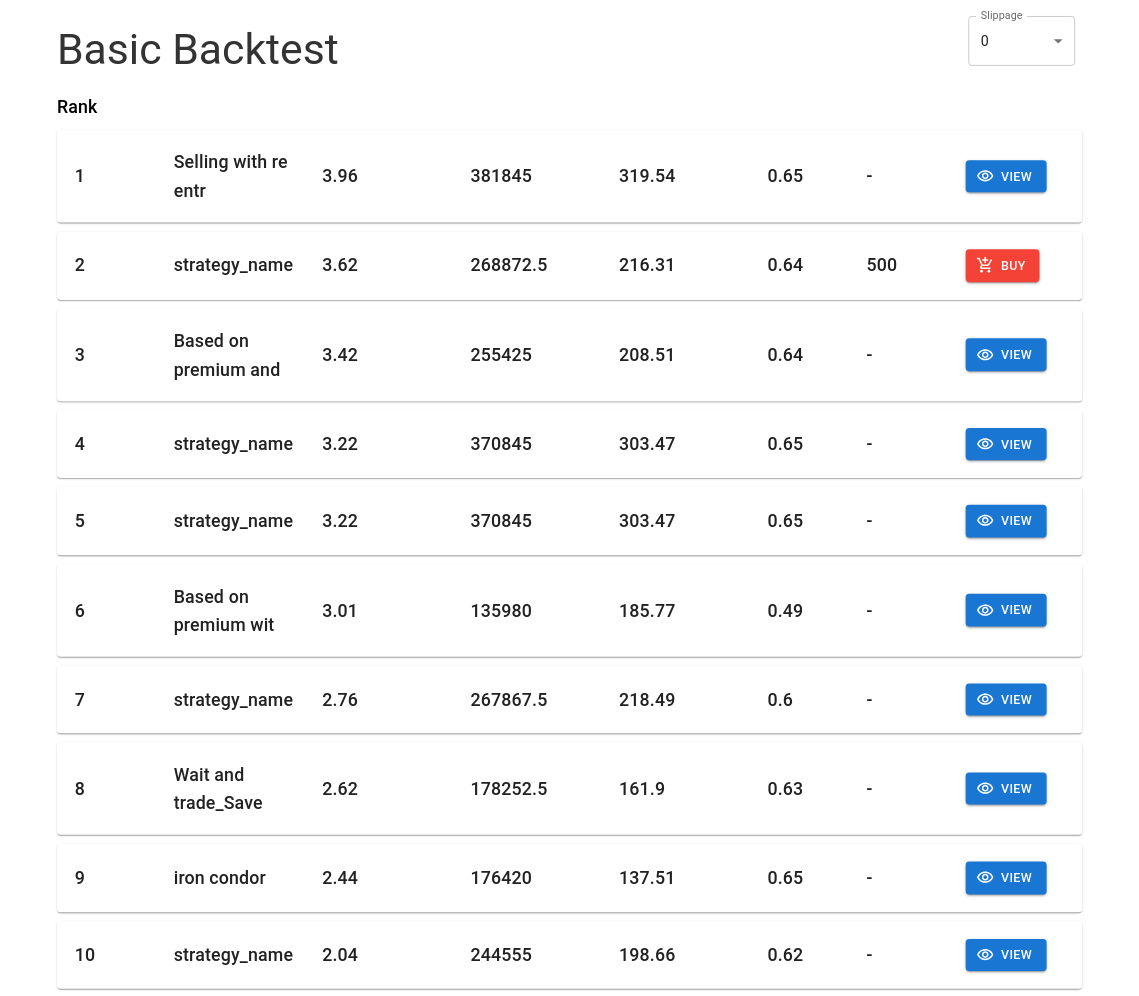
Repository: PraTEEkgUpTa2/Leaderboard
Page: /
These files come from the project's save history. The page is drawn as it stood at one moment and after the next save; the edit follows.
The browser window is 1280 px wide. The pictures show the whole page, at 89% of full size.
The project was rebuilt for these pictures with package versions that can differ from the ones it lists, and the page was loaded fresh each time. Also part of the build but not shown: src/App.css.

Above is the page before, as saved 2024-05-28 13:51:18.

### src/index.js
import React from 'react';
import ReactDOM from 'react-dom';
import { ThemeProvider } from '@mui/material/styles';
import App from './App';
import theme from './theme'; // Import the theme object

const root = ReactDOM.createRoot(document.getElementById('root'));
root.render(

  <ThemeProvider theme={theme}>
  <App />
</ThemeProvider>

);

// If you want to start measuring performance in your app, pass a function
// to log results (for example: reportWebVitals(console.log))
// or send to an analytics endpoint. Learn more: https://bit.ly/CRA-vitals

### src/App.js
import React from 'react';
import './App.css';
import Leaderboard from './Leaderboard';

function App() {
  return (
    <div className="App">
      <Leaderboard />
    </div>
  );
}

export default App;

### src/theme.js
// theme.js

import { createTheme } from '@mui/material/styles';

const theme = createTheme({
  palette: {
    primary: {
      main: '#1976d2', // Background color for the table header
      dark: '#135fa8', // Hover color for primary buttons
    },
    error: {
      main: '#f44336', // Background color for "Buy" button
      dark: '#d32f2f', // Hover color for "Buy" button
    },
    common: {
      white: '#fff', // Text color for table header and buttons
    },
  },
});

export default theme;

### src/Leaderboard.js
import React, { useState } from 'react';
import data from './data.json';
import { Container, Box, Typography, FormControl, InputLabel, Select, MenuItem, Paper, Button } from '@mui/material';
import { VisibilityOutlined, AddShoppingCartOutlined } from '@mui/icons-material';
import { styled } from '@mui/system';
import { Line } from 'react-chartjs-2';
import 'chart.js/auto';

const TabContainer = styled(Box)(({ theme }) => ({
  display: 'flex',
  flexDirection: 'column',
  gap: '10px',
  marginTop: '20px',
}));

const Tab = styled(Paper)(({ theme }) => ({
  display: 'flex',
  justifyContent: 'space-between',
  alignItems: 'center',
  padding: '20px',
  transition: 'transform 0.3s, box-shadow 0.3s',
  '&:hover': {
    transform: 'translateY(-5px)',
    boxShadow: theme.shadows[5],
    zIndex: 1,
    position: 'relative',
  },
}));

const ViewButton = styled(Button)(({ theme }) => ({
  backgroundColor: theme.palette.primary.main,
  color: theme.palette.common.white,
  '&:hover': {
    backgroundColor: theme.palette.primary.dark,
  },
  '& .MuiButton-startIcon': {
    marginRight: theme.spacing(1),
  },
}));

const BuyButton = styled(Button)(({ theme }) => ({
  backgroundColor: theme.palette.error.main,
  color: theme.palette.common.white,
  '&:hover': {
    backgroundColor: theme.palette.error.dark,
  },
  '& .MuiButton-startIcon': {
    marginRight: theme.spacing(1),
  },
}));

const ChartCard = styled(Box)(({ theme }) => ({
  marginTop: '20px',
  padding: '20px',
  boxShadow: theme.shadows[3],
}));

const Leaderboard = () => {
  const [selectedRow, setSelectedRow] = useState(null);

  const handleRowClick = (row) => {
    setSelectedRow(row);
  };

  return (
    <Container>
      <Box display="flex" justifyContent="space-between" alignItems="center">
        <Typography variant="h3" style={{ color: '#333', marginTop: '20px' }}>
          Basic Backtest
        </Typography>
        <FormControl sx={{ m: 1, minWidth: 120 }}>
          <InputLabel id="slippage-label">Slippage</InputLabel>
          <Select
            labelId="slippage-label"
            id="slippage-select"
            defaultValue={0}
            label="Slippage"
          >
            <MenuItem value={0}>0</MenuItem>
            <MenuItem value={0.5}>0.5</MenuItem>
            <MenuItem value={1}>1</MenuItem>
          </Select>
        </FormControl>
      </Box>
      <TabContainer>
      <Box flexBasis="10%">
              <Typography variant="h6">Rank</Typography>
            </Box>
        {data.map((row) => (
          <Tab key={row.Rank} onClick={() => handleRowClick(row)}>
            <Box flexBasis="10%">
              <Typography variant="h6">{row.Rank}</Typography>
            </Box>
            <Box flexBasis="15%">
              <Typography variant="h6">{row.Name}</Typography>
            </Box>
            <Box flexBasis="15%">
              <Typography variant="h6">{row["Calmar Ratio"]}</Typography>
            </Box>
            <Box flexBasis="15%">
              <Typography variant="h6">{row["Overall Profit"]}</Typography>
            </Box>
            <Box flexBasis="15%">
              <Typography variant="h6">{row["Avg. Daily Profit"]}</Typography>
            </Box>
            <Box flexBasis="10%">
              <Typography variant="h6">{row["Win %(Day)"]}</Typography>
            </Box>
            <Box flexBasis="10%">
              <Typography variant="h6">{row["Price (Rs)"] ? row["Price (Rs)"] : '-'}</Typography>
            </Box>
            <Box flexBasis="10%">
              {row.Action === 'View' ? (
                <ViewButton startIcon={<VisibilityOutlined />} variant="contained">
                  View
                </ViewButton>
              ) : (
                <BuyButton startIcon={<AddShoppingCartOutlined />} variant="contained">
                  Buy
                </BuyButton>
              )}
            </Box>
          </Tab>
        ))}
      </TabContainer>
      {selectedRow && (
        <ChartCard>
          <Typography variant="h6">{selectedRow.Name}</Typography>
          <Line
            data={{
              labels: ['Calmar Ratio', 'Overall Profit', 'Avg. Daily Profit', 'Win % (Day)', 'Price (Rs)'],
              datasets: [
                {
                  label: selectedRow.Name,
                  data: [
                    selectedRow['Calmar Ratio'],
                    selectedRow['Overall Profit'],
                    selectedRow['Avg. Daily Profit'],
                    selectedRow['Win %(Day)'],
                    selectedRow['Price (Rs)'],
                  ],
                  backgroundColor: ['#FF6384', '#36A2EB', '#FFCE56', '#66BB6A', '#FF7043'],
                  borderColor: ['#FF6384', '#36A2EB', '#FFCE56', '#66BB6A', '#FF7043'],
                  borderWidth: 1,
                },
              ],
            }}
          />
        </ChartCard>
      )}
    </Container>
  );
};

export default Leaderboard;

### src/data.json
[
    {
        "Rank": 1,
        "Name": "Selling with re entr",
        "Calmar Ratio": 3.96,
        "Overall Profit": 381845,
        "Avg. Daily Profit": 319.54,
        "Win %(Day)": 0.65,
        "Price (Rs)": null,
        "Action": "View"
    },
    {
        "Rank": 2,
        "Name": "strategy_name",
        "Calmar Ratio": 3.62,
        "Overall Profit": 268872.5,
        "Avg. Daily Profit": 216.31,
        "Win %(Day)": 0.64,
        "Price (Rs)": 500,
        "Action": "Buy"
    },
    {
        "Rank": 3,
        "Name": "Based on premium and",
        "Calmar Ratio": 3.42,
        "Overall Profit": 255425,
        "Avg. Daily Profit": 208.51,
        "Win %(Day)": 0.64,
        "Price (Rs)": null,
        "Action": "View"
    },
    {
        "Rank": 4,
        "Name": "strategy_name",
        "Calmar Ratio": 3.22,
        "Overall Profit": 370845,
        "Avg. Daily Profit": 303.47,
        "Win %(Day)": 0.65,
        "Price (Rs)": null,
        "Action": "View"
    },
    {
        "Rank": 5,
        "Name": "strategy_name",
        "Calmar Ratio": 3.22,
        "Overall Profit": 370845,
        "Avg. Daily Profit": 303.47,
        "Win %(Day)": 0.65,
        "Price (Rs)": null,
        "Action": "View"
    },
    {
        "Rank": 6,
        "Name": "Based on premium wit",
        "Calmar Ratio": 3.01,
        "Overall Profit": 135980,
        "Avg. Daily Profit": 185.77,
        "Win %(Day)": 0.49,
        "Price (Rs)": null,
        "Action": "View"
    },
    {
        "Rank": 7,
        "Name": "strategy_name",
        "Calmar Ratio": 2.76,
        "Overall Profit": 267867.5,
        "Avg. Daily Profit": 218.49,
        "Win %(Day)": 0.6,
        "Price (Rs)": null,
        "Action": "View"
    },
    {
        "Rank": 8,
        "Name": "Wait and trade_Save",
        "Calmar Ratio": 2.62,
        "Overall Profit": 178252.5,
        "Avg. Daily Profit": 161.9,
        "Win %(Day)": 0.63,
        "Price (Rs)": null,
        "Action": "View"
    },
    {
        "Rank": 9,
        "Name": "iron condor",
        "Calmar Ratio": 2.44,
        "Overall Profit": 176420,
        "Avg. Daily Profit": 137.51,
        "Win %(Day)": 0.65,
        "Price (Rs)": null,
        "Action": "View"
    },
    {
        "Rank": 10,
        "Name": "strategy_name",
        "Calmar Ratio": 2.04,
        "Overall Profit": 244555,
        "Avg. Daily Profit": 198.66,
        "Win %(Day)": 0.62,
        "Price (Rs)": null,
        "Action": "View"
    }
]

Loaded but not shown: public/index.html (common file)

After the next save:
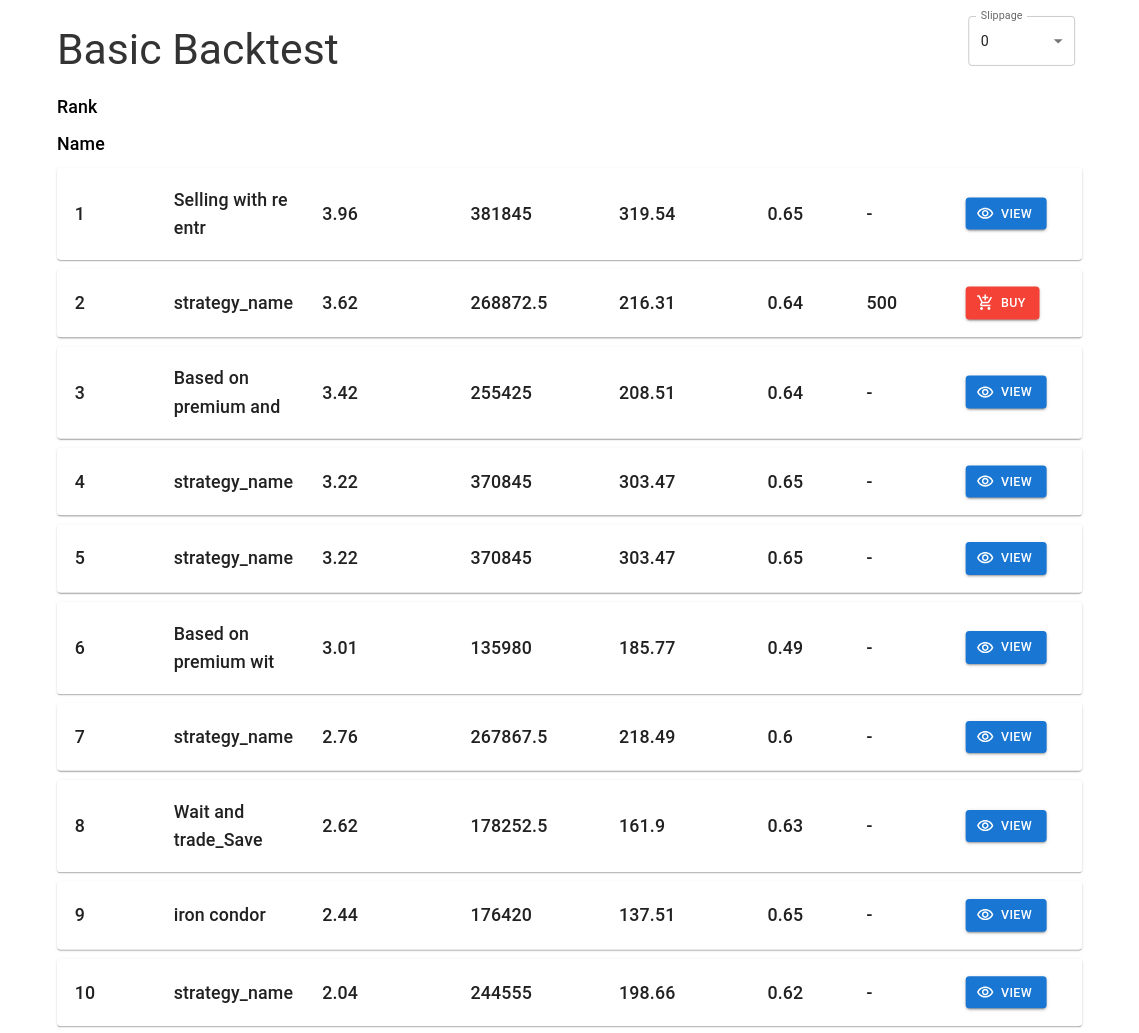
Saved 38 s later.
--- a/src/Leaderboard.js
+++ b/src/Leaderboard.js
@@ -86,6 +86,9 @@ const Leaderboard = () => {
       <Box flexBasis="10%">
               <Typography variant="h6">Rank</Typography>
             </Box>
+            <Box flexBasis="10%">
+              <Typography variant="h6">Name</Typography>
+            </Box>
         {data.map((row) => (
           <Tab key={row.Rank} onClick={() => handleRowClick(row)}>
             <Box flexBasis="10%">
